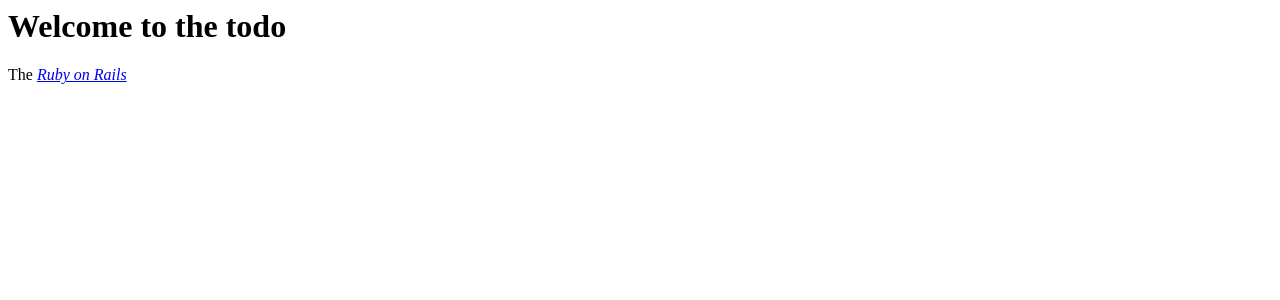
Repository: nanjekyejoannah-zz/ROR
Page: workspace/public/index.html
The author's editor kept a record of every edit. The page is drawn from the files as they stood at one moment, then again after the next edit.
The browser window is 1280 px wide. The pictures show the whole page.

Above is the page before.

After the next edit:
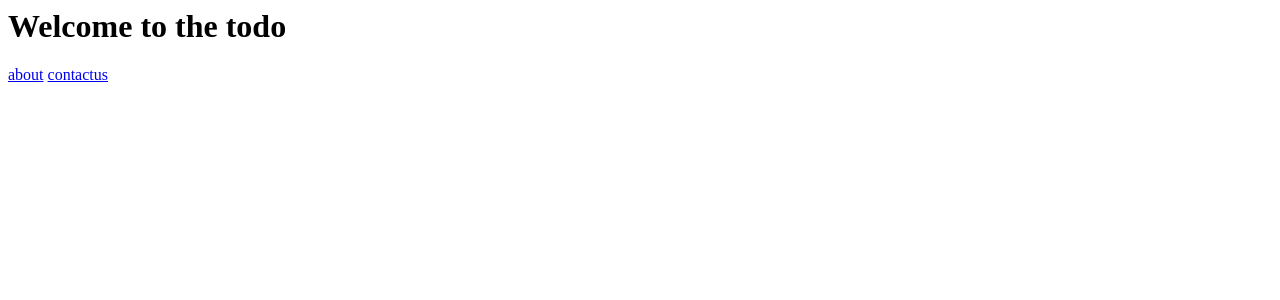
The edit:
--- a/workspace/public/index.html
+++ b/workspace/public/index.html
@@ -1,5 +1,6 @@
 <h1>Welcome to the todo</h1>
 <p>
-  The <a href="staticpages/home"><em>Ruby on Rails
+  <a href="staticpages/about">about</a>
+  <a href="staticpages/contactus">contactus</a>
 
 </p>
